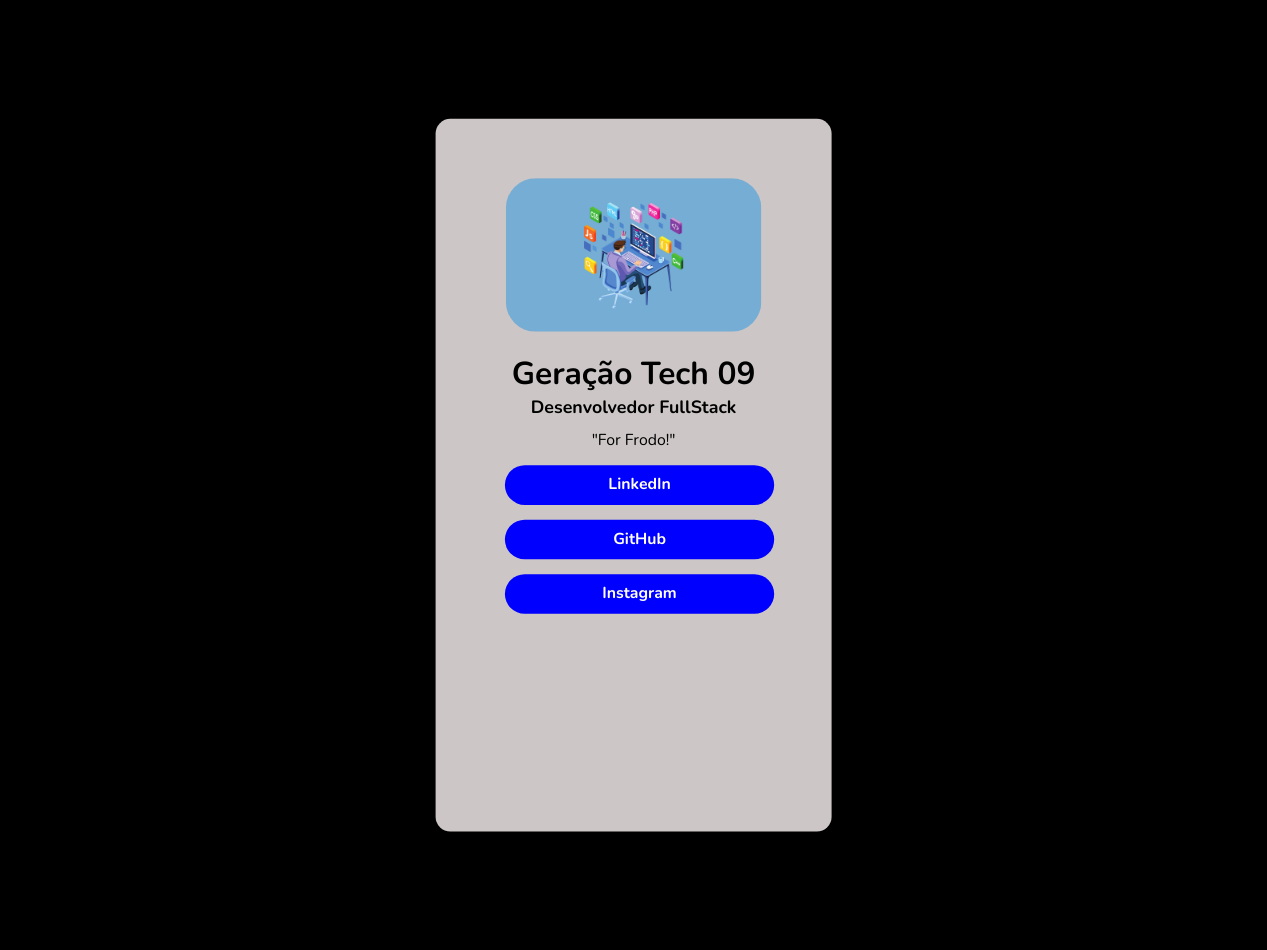
Repository: medeirosregis/linktree-gt09
Page: index.html
The author's editor kept a copy of each file at every save. The page is drawn from the files as they stood at one save, then again after the next save.
The browser window is 1280 px wide. The pictures show the whole page, at 99% of full size.

Above is the page before, as saved 2025-04-11 10:29:11.

After the next save:
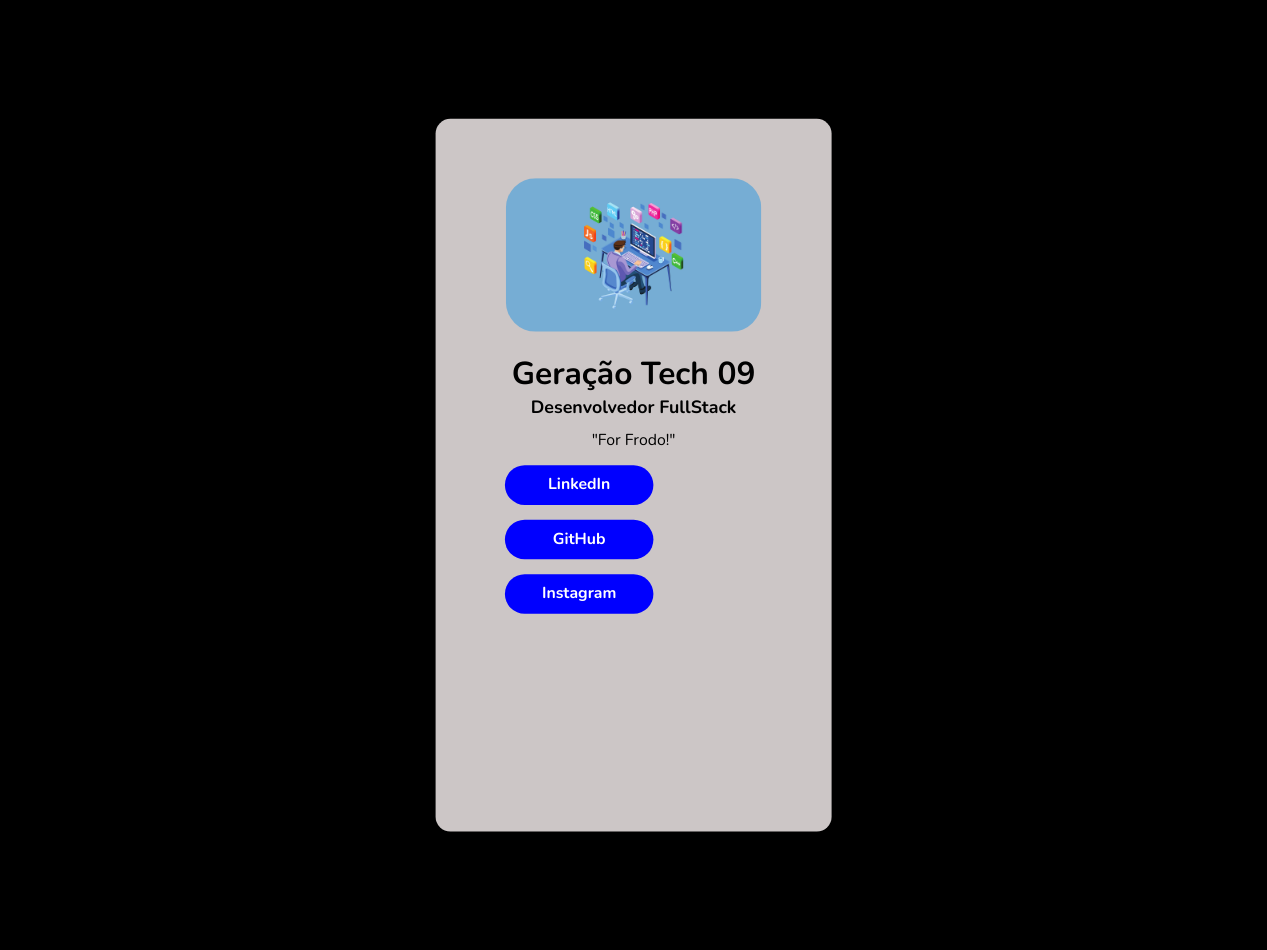
Saved 8 s later.
--- a/style.css
+++ b/style.css
@@ -58,7 +58,7 @@
 }
 
 .container-social li {
-    width: 272px;
+    width: 150px;
     height: 40px;
     background-color: blue;
     margin: 15px 0;

After the save that followed:
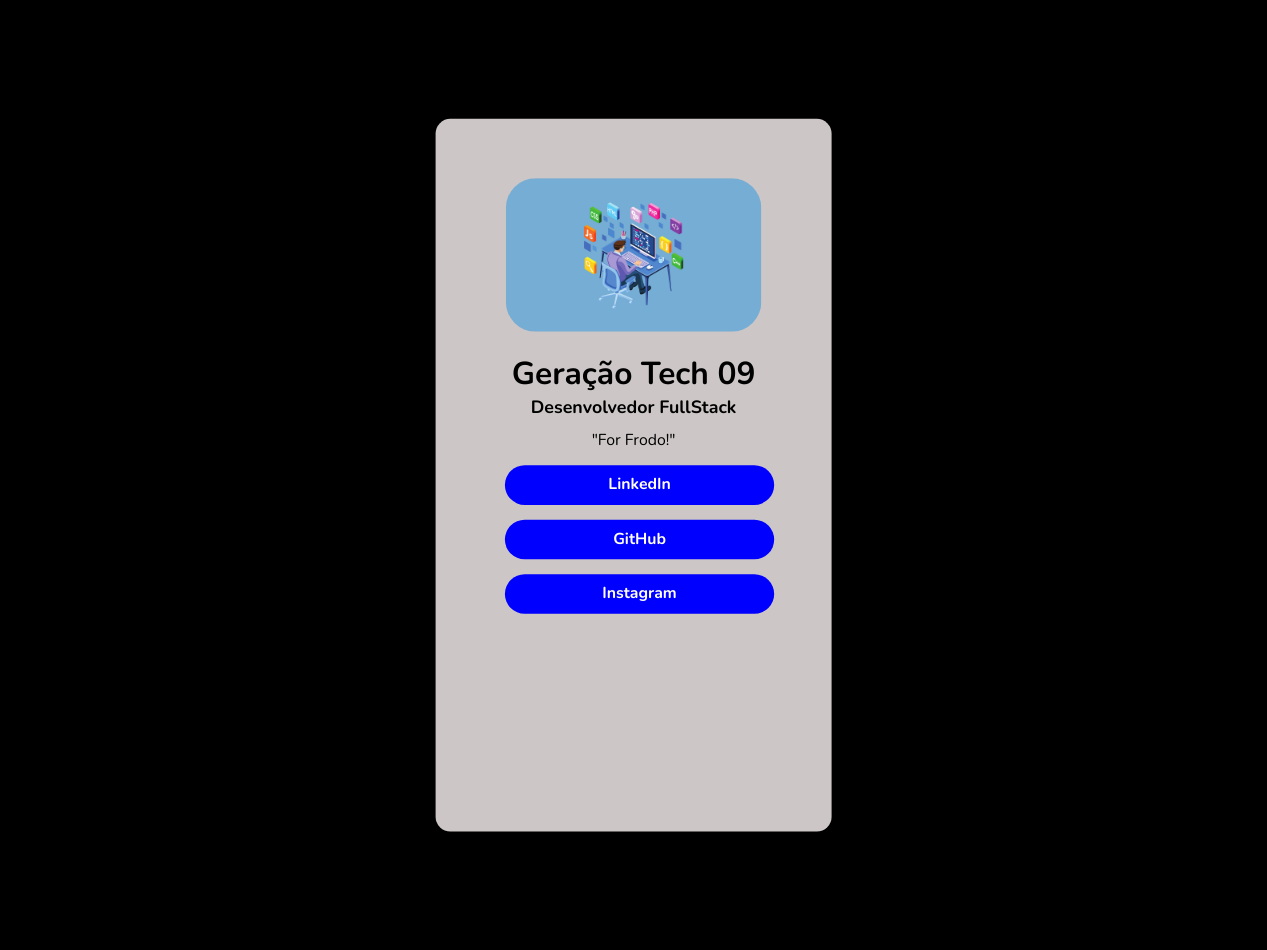
Saved 8 s later.
--- a/style.css
+++ b/style.css
@@ -58,7 +58,7 @@
 }
 
 .container-social li {
-    width: 150px;
+    width: 272px;
     height: 40px;
     background-color: blue;
     margin: 15px 0;
